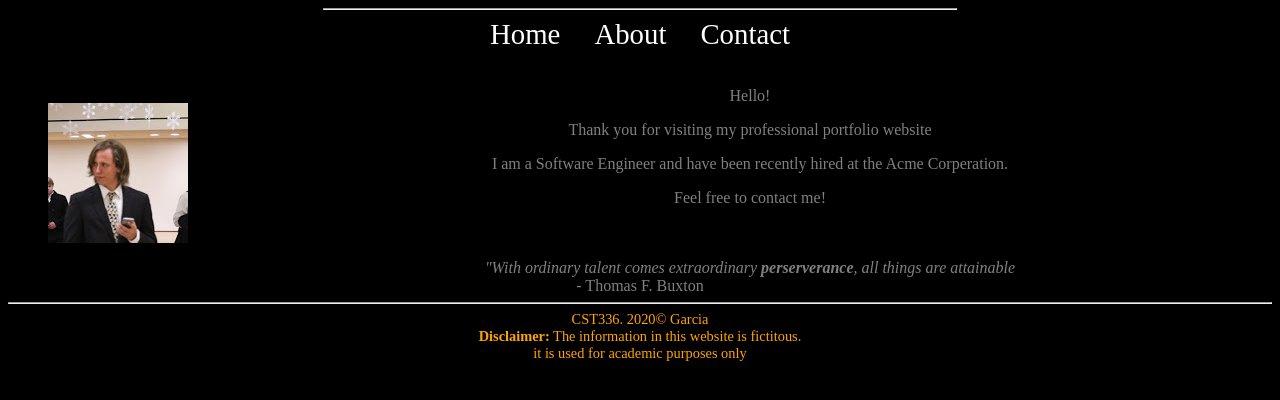
Repository: Sovereign5/cst336
Page: hbs/public/personal_portfolio/index.html
The author's editor kept a record of every edit. The page is drawn from the files as they stood at one moment, then again after the next edit.
The browser window is 1280 px wide. The pictures show the whole page.

Above is the page before.

### hbs/public/personal_portfolio/index.html
<!DOCTYPE html>
<html>
<!--

First Website
and comment
in html
(comments can span multiple lines)

-->

<!-- This is the head -->
<!-- All styles and javascript go inside the head -->
    <head>
        <meta charset="utf-8" />
        <title>Christopher Garica: Personal Website</title>
        <link href="css/styles.css" rel="stylesheet" type="text/css" />
    </head>
<!-- closing head -->
    <nav>
        <hr width="50%" />
        <a href="index.html">Home</a>
        <a href="about.html">About</a>
        <a href="contact.html">Contact</a>
    </nav>
    <br /><br />
    <!-- This is the body -->
    <!-- This is where we place the content of our website -->
    <main>
        <figure id="me">
            <img src="img/chris.jpg" alt="Picture of Christopher" />
        </figure>

        <div>
            Hello! <br/>
            <p> Thank you for visiting my professional portfolio website</p>
            <p> I am a Software Engineer and have been recently hired at the Acme Corperation.</p>
            <p> Feel free to contact me!</p>
            <br/><br/>
            <em>"With ordinary talent comes extraordinary <strong>perserverance</strong>, all things are attainable</em><br/>
            - Thomas F. Buxton
        </div>
        <footer>
            <hr>
            CST336. 2020&copy; Garcia <br/>
            <strong>Disclaimer:</strong> The information in this website is fictitous. <br/>
            it is used for academic purposes only
        </footer>
    </main>
</html>

### hbs/public/personal_portfolio/css/styles.css
body {
    background-color: black;
    color: gray;
}

header, main, nav, footer {
    text-align: center;
}

nav a {
    padding:15px;
    padding-bottom: 4px;
    font-size: 1.8em;
    text-decoration: none; /*removes underline*/
    color: white; /*removes default blue text*/
}

#selected {
    font-family: cursive;
}

nav a:hover {
    border-bottom: 2px orange solid;
    font-size: 2em;
    transition: .9s;
}

#me, #welcomeText {
    float: left;
}

footer {
    clear: left;
    font-size: 0.9em;
    color: orange;
}

#CSUMBImage {
    float: right;
    padding-right: 50px
}

After the next edit:
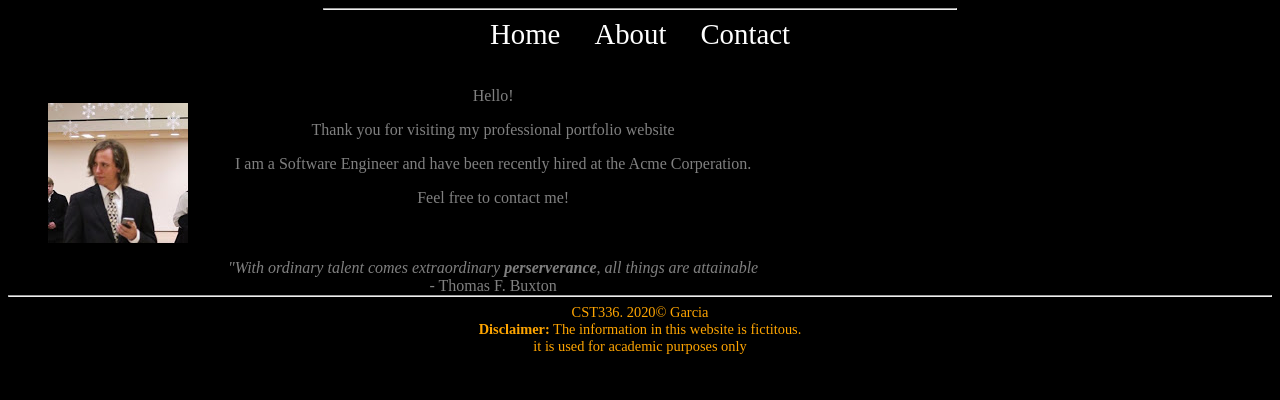
The edit:
--- a/hbs/public/personal_portfolio/index.html
+++ b/hbs/public/personal_portfolio/index.html
@@ -31,7 +31,7 @@
             <img src="img/chris.jpg" alt="Picture of Christopher" />
         </figure>
 
-        <div>
+        <div id="welcomeText">
             Hello! <br/>
             <p> Thank you for visiting my professional portfolio website</p>
             <p> I am a Software Engineer and have been recently hired at the Acme Corperation.</p>
